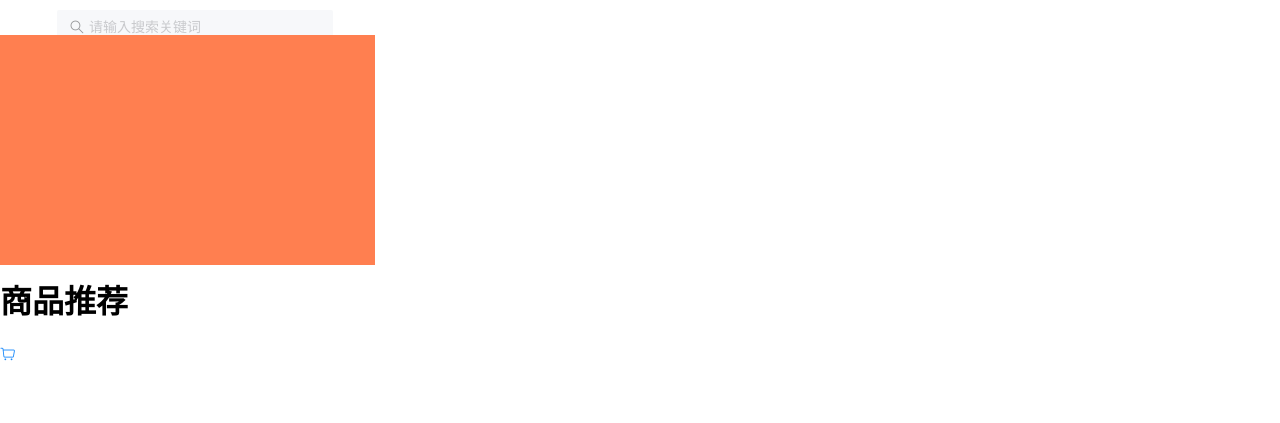
Repository: liyang777777/shangcheng
Page: /
These files come from the project's save history. The page is drawn as it stood at one moment and after the next save; the edit follows.
The browser window is 1280 px wide. The pictures show the whole page.
The page's requests for data from a server got no answer. The project was rebuilt for these pictures with package versions that can differ from the ones it lists, and the page was loaded fresh each time. No one was signed in, and anything a server would have sent is missing. Also part of the build but not shown: vue.config.js. Imported but missing from the stored project, and not drawn on this page: src/views/About.

Above is the page before, as saved 2020-06-23 11:34:52.

After the next save:
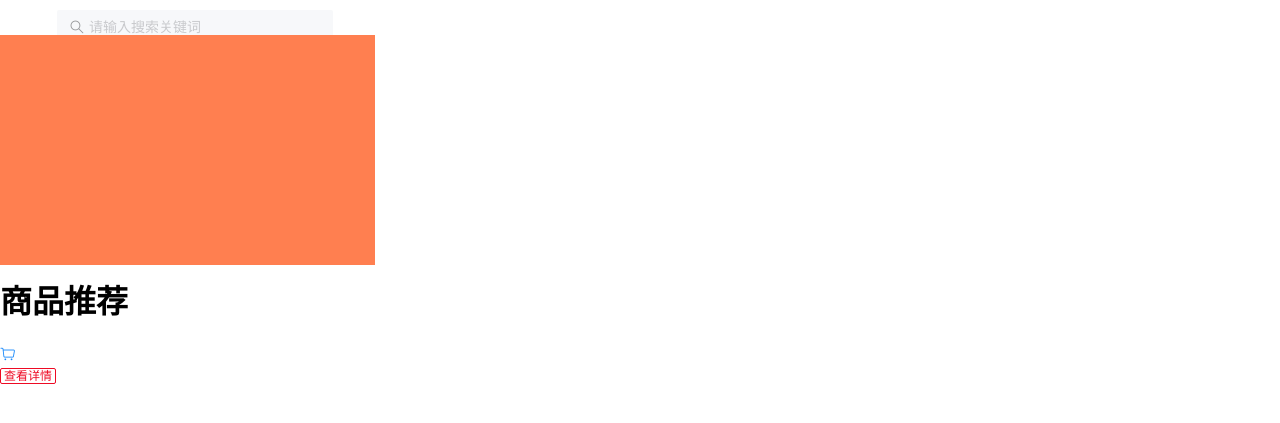
Saved 62 s later.
--- a/src/components/Prre.vue
+++ b/src/components/Prre.vue
@@ -17,7 +17,9 @@
     <div>
       <van-icon name="cart-o" color="#1989fa" />
     </div>
-    <div></div>
+    <div>
+      <van-tag plain type="danger">查看详情</van-tag>
+    </div>
   </div>
 </template>
 
